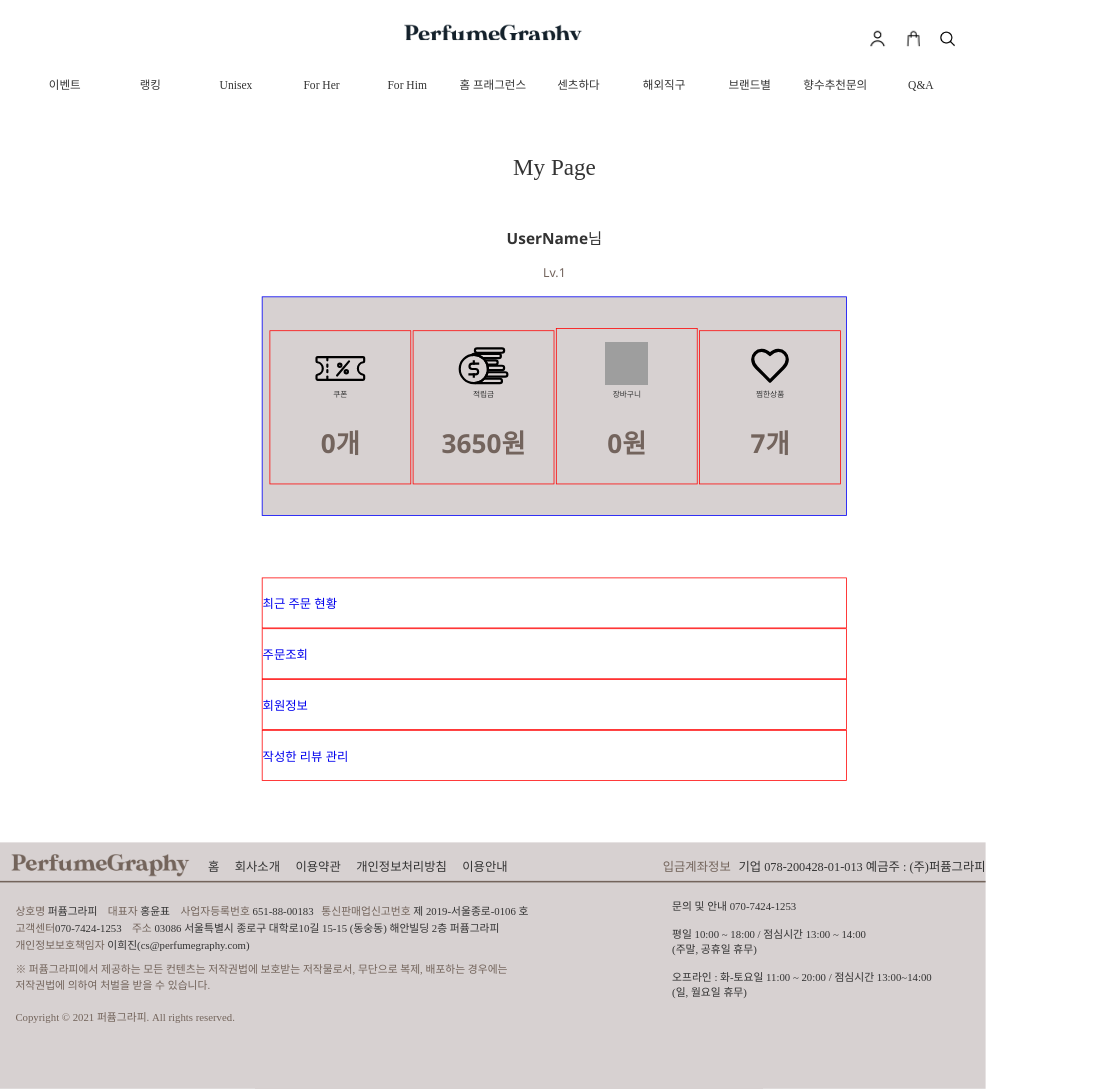
Repository: mingdue03/perfumegraphy
Page: myPage.html
The author's editor kept a copy of each file at every save. The page is drawn from the files as they stood at one save, then again after the next save.
The browser window is 1280 px wide. The page is 1440 px wide, so the pictures cover 1440 px, including what lies to the right of the window. The pictures show the whole page, at 77% of full size.
Pictures or frames that could not be fetched are drawn as grey boxes.

Above is the page before, as saved 2021-08-27 15:05:42.

After the next save:
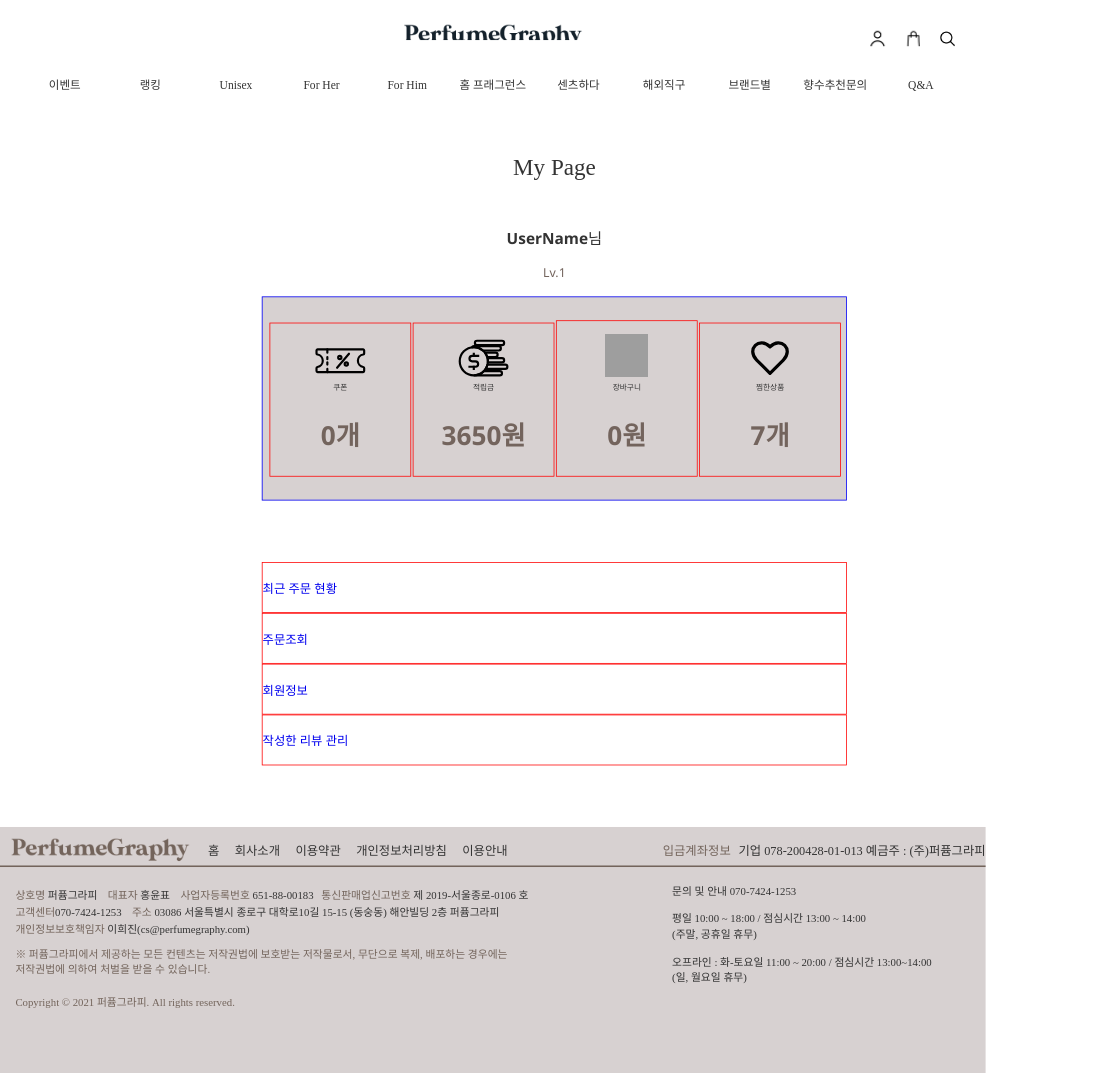
Saved 10 s later.
--- a/css/mypage.css
+++ b/css/mypage.css
@@ -40,7 +40,7 @@
 }
 .coupon_wrap ul{
   border:1px solid blue;
-  padding:40px 0;
+  padding:30px 0;
 }
 .coupon_wrap li{
   display: inline-block;
